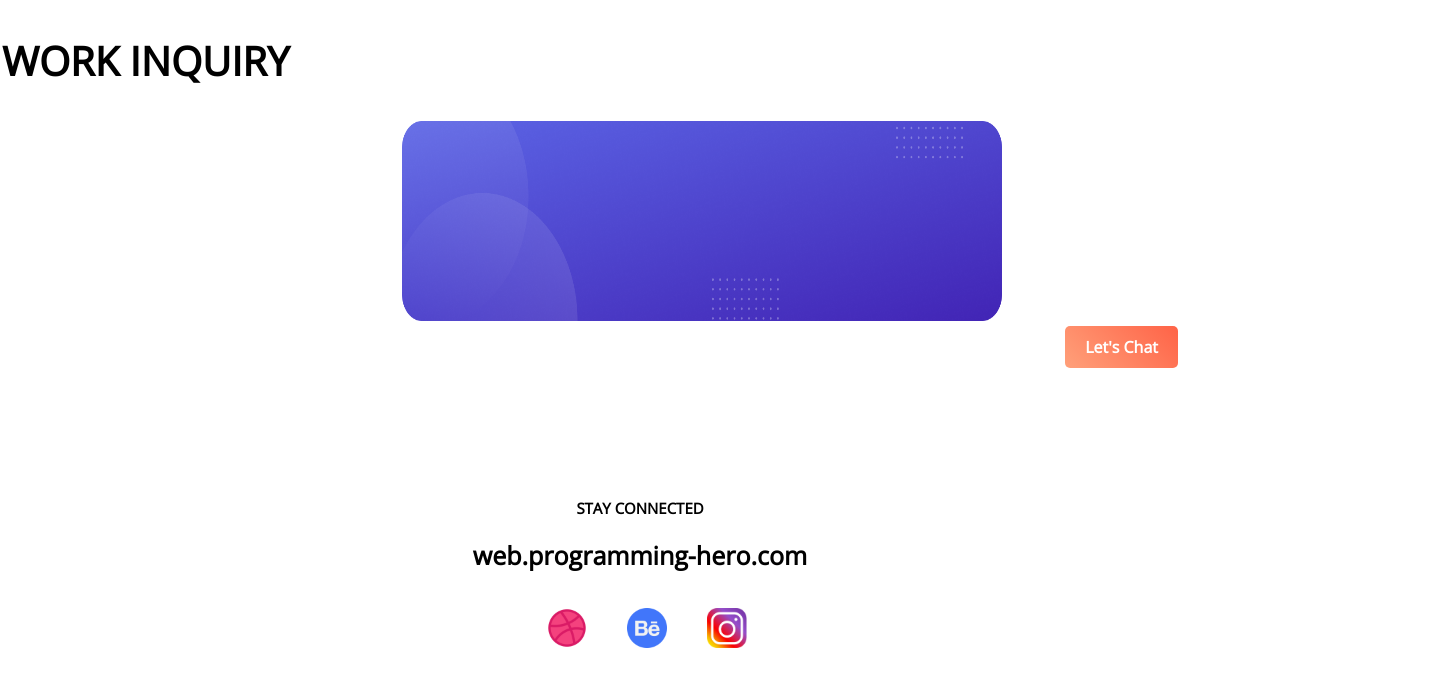
Repository: sabbircse3/personal-website
Page: index.html
An editor plug-in stored every save of this project. The page is shown before and after a run of saves, followed by the edit.
The browser window is 1280 px wide. The page is 1442 px wide, so the pictures cover 1442 px, including what lies to the right of the window. The pictures show the part of the page from y = 2386 to 3069 px (the page is 3069 px tall).

Above is the page before, as saved 2021-01-06 03:56:38.

### index.html
<!DOCTYPE html>
<html lang="en">
<head>
    <title>personal-website</title>
    <link rel="preconnect" href="https://fonts.gstatic.com">
    <link href="https://fonts.googleapis.com/css2?family=Open+Sans&display=swap" rel="stylesheet">
    <link rel="stylesheet" href="style.css">
</head>
<body>

        <div class="menu-1">
            <ul id="menu">
                <li><a href="#">Contact</a></li>
                <li><a href="#">Protfolio</a></li>
                <li><a href="#">Work</a></li>
                <li><a href="#">About</a></li>
            </ul>
        </div>


    <section class="top-banner ">
        <div class="half-width">
            <h1>HELLO, I'M <br> <span class="name-highlight">SABBIR HASAN</span></h1>
            <p>A full stack allaround designer that placerat in massa consectetur</p>
            <a class="link-button" target="_blank" href="https://www.linkedin.com/company/programminghero/">HIRE ME</a>
        </div>

        <div class="half-width">
            <img src="images/sabbir1.png" alt="">
        </div>
    </section>

    <section class="about ">
        <div class="half-width">
            <img src="images/sabbir1.png" alt="">
        </div>

        <div class="half-width">
            <h2> ABOUT</h2>
            <p>Lorem Ipsum is simply dummy text of the printing and typesetting industry. Lorem Ipsum has been the industry's standard dummy text ever since the 1500s, when an unknown printer took a galley of type and scrambled it to make a type specimen book.</p>
            <a class="link-button" target="_blank" href="https://www.linkedin.com/company/programminghero/">Download CV</a>
        </div>

    </section>

    <section class="experience-area">
        <h2 id="head-center"><span class="name-highlight">LASTET</span> WORKING PROJECT</h2>
        <div id="first-project" class="half-width single-experience">
            <img  src="images/image 4.png" alt="" class="center">
            <h3>Power-x-gym (gym website)</h3>
            <p>Lorem Ipsum is simply dummy text of the printing and typesetting industry.</p>

        </div>

        <div id="next-project" class="half-width single-experience">
            <img src="images/image 5.png" alt="" class="center">
            <h3>Creative Agency</h3>
            <p>Lorem Ipsum is simply dummy text of the printing and typesetting industry.</p>

        </div>

        <div id="next-project" class="half-width single-experience">
            <img src="images/image 8.png" alt="" class="center">
            <h3>Hard Rock Music</h3>
            <p>Lorem Ipsum is simply dummy text of the printing and typesetting industry.</p>

        </div>

    </section>



    <section class="education">
        <h1> <span class="name-highlight">EDU</span>CATION</h1>
        <div id="bachelor" class="half-width single-experience">
            <h3>Bachelor of Science in Computer Science</h3>
            <h3 class="blue-highlight">Khwaja Yunus Ali University</h3>
            <h3 class="orange-highlight">2016-2020</h3>
            <p>It is a reputaed private university in this country Bangladesh.</p>
        </div>

        <div id="others" class="half-width single-experience">
            <h3>Higher School Certificate</h3>
            <h3 class="blue-highlight">Bhagopara Shahid Dhanesh Uddin School and Collage</h3>
            <h4 class="orange-highlight">2014-2016</h4>
            <p>It is one of the best collage in our north said of country</p>
        </div>

		<div id="others" class="half-width single-experience">
            <h3>Secoundary School Certificate</h3>
            <h3 class="blue-highlight">Rajapur High School</h3>
            <h4 class="orange-highlight">2009-2014</h4>
            <p>This school is one of the best school in my native area where i was bron.</p>
        </div>

    </section>


    <section>
        <div class="lowest-banner">
            <h2>WORK INQUIRY </h2>
        </div>
        <div class="low-mid">
            <img src="images/Group_33094_1.png" width="600px" height="200px">
        </div>
        <div>
            <a class="chat-button" target="_blank" href="https://www.linkedin.com/company/programminghero/">Let's Chat</a>
        </div>

    </section>


    <footer>
        <h3>STAY CONNECTED</h3>
        <h2>web.programming-hero.com</h2>
        <div class="chat">
            <div class=" chat-experience">
                <img  src="images/image 6.png" alt="" class="center">
            </div>

            <div  class=" chat-experience">
                <img src="images/Group 33059.png" alt="" class="center">
            </div>

            <div  class=" chat-experience">
                <img src="images/image 7.png" alt="" class="center">
            </div>
        </div>

    </footer>




</body>
</html>

### style.css
body{
    font-family: 'Open Sans', sans-serif;
    margin: 2px;
    font-style: normal;
}
.menu-1{
	height: 90px;
}
#menu{
	list-style-type:none;
	width:900px;
	margin:10px auto;
}
#menu li{
	float:right;
}
#menu li a{
	color:black;
	text-decoration:none;
	padding:5px 10px;
}

h1{
    font-size: 50px;
}
h2{
    font-size: 40px;
}

.name-highlight{
    color: #FF8367;
}
.top-banner{

}
.half-width{
    width: 35%;
    float: left;
    margin-left: 5%;
    padding-left: 2%;
}
.half-width img{
    width: 100%;
}
section{
    height: 450px;
}
.link-button{
    text-decoration: none;
    background-image: linear-gradient(45deg, lightSalmon, tomato);
    padding: 10px 20px;
    border-radius: 5px;
    color: white;
    font-weight: 700;
}
#head-center{
    text-align: center;
    margin: 80px;
    padding: 50px;
}
.experience-area{
    background-color: #E5E5E5;
    background-position: left;
    width: 1440px;
    height: 814px;
}
.center {
    display: block;
    margin-left:-15px;
    margin-top: 15px;
    width: 50%;
  }
.orange-highlight{
    color: orange;
}
.single-experience{
    box-shadow: 0px 4px 4px rgba(0, 0, 0, 0.25);
    border-radius: 10px;
	height: 45%;
	width: 23%;
}
#first-project{
    background-color: white;
}
#next-project{
	background-color: white;
}

.education{
    background-image: url("images/exp-bg.png");
    background-repeat: no-repeat;
    background-position: left;
}
#bachelor{
    border-left: 7px solid;
    border-image: linear-gradient(180deg, lightSalmon, tomato);
    border-image-slice: 1;
    background-color: white;
    height: 55%;
	width: 25%;
}
#others{
    border-left: 7px solid;
    border-image: linear-gradient(180deg, blue, cyan);
    border-image-slice: 1;
    height: 55%;
	width: 25%;
}
.blue-highlight{
    color:rgba(0, 0, 139, 0.705);
}
.lowest-banner{


}
.low-mid{
    margin-left: 400px;
}
.chat-button{
    text-decoration: none;
    background-image: linear-gradient(45deg, lightSalmon, tomato);
    padding: 10px 20px;
    margin-right: 100px;
    border-radius: 5px;
    color: white;
    font-weight: 700;
    float: right;
}

footer h2{
    text-align: center;
    font-size: 25px;
}
footer h3{
    text-align: center;
    font-size: 15px;
}
.chat{
    margin-left: 560px;
}
.chat-experience{
	height: 90px;
    width: 80px;
    display: block;
    float:left;
}

After the next 11 saves:
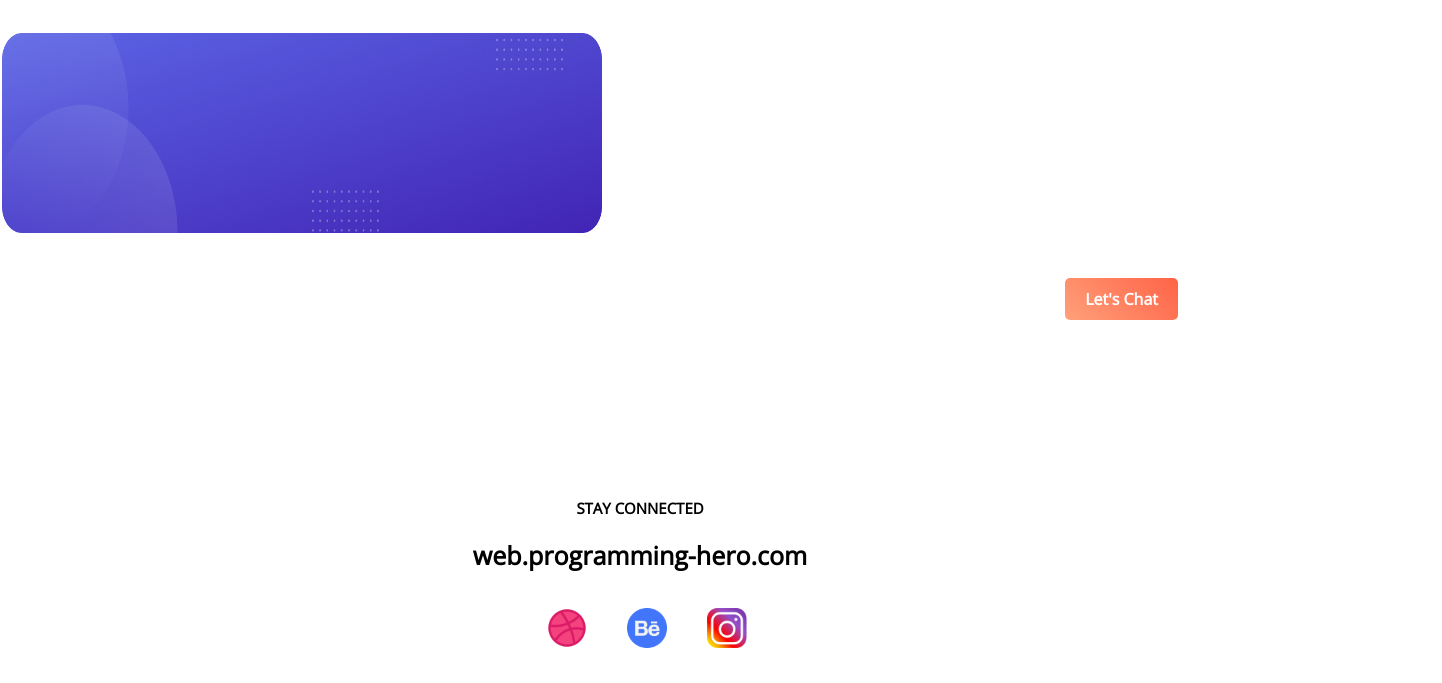
The 11 saves are shown as one change because they came seconds apart.
The last was saved 85 s later.
--- a/index.html
+++ b/index.html
@@ -98,7 +98,7 @@
 
     <section>
         <div class="lowest-banner">
-            <h2>WORK INQUIRY </h2>
+            <h2 class="lowest-head>WORK INQUIRY </h2lo>
         </div>
         <div class="low-mid">
             <img src="images/Group_33094_1.png" width="600px" height="200px">

After the save that followed:
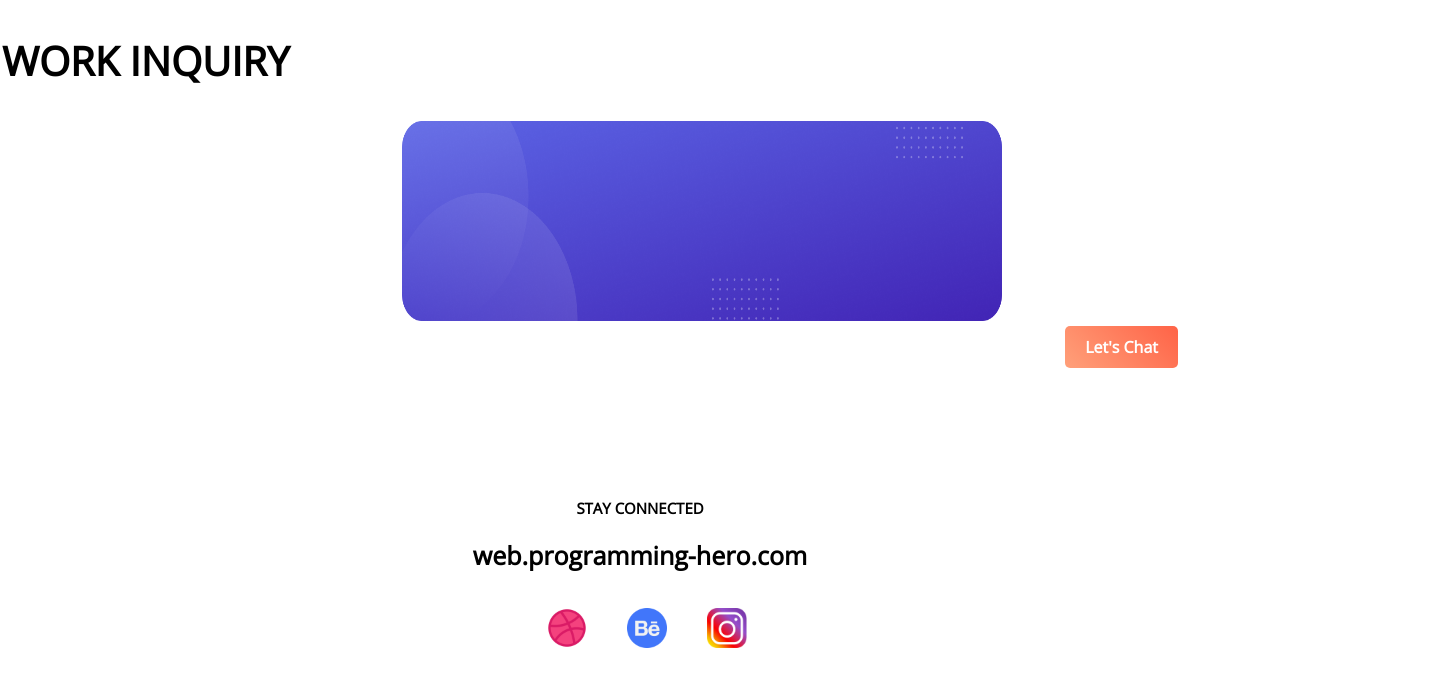
Saved 6 s later.
--- a/index.html
+++ b/index.html
@@ -98,7 +98,7 @@
 
     <section>
         <div class="lowest-banner">
-            <h2 class="lowest-head>WORK INQUIRY </h2lo>
+            <h2 class="lowest-head">WORK INQUIRY </h2lo>
         </div>
         <div class="low-mid">
             <img src="images/Group_33094_1.png" width="600px" height="200px">
